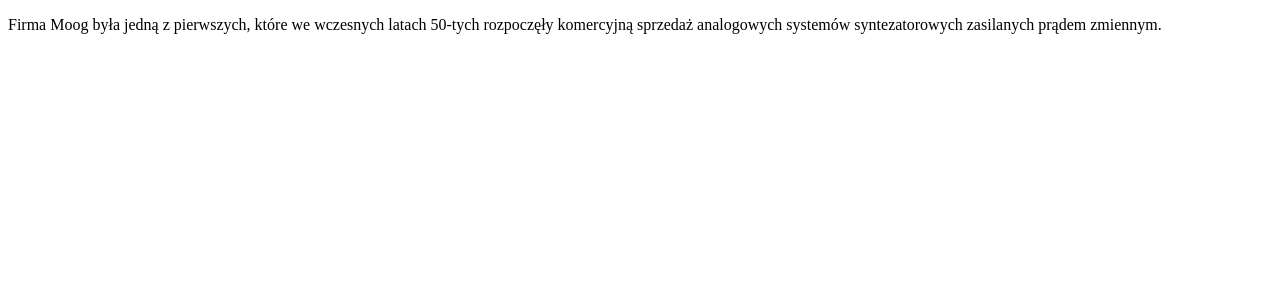
Repository: Lenerystia/HTML
Page: Rozdział 13/width-hight.html
The author's editor kept a copy of each file at every save. The page is drawn from the files as they stood at one save, then again after the next save.
The browser window is 1280 px wide. The pictures show the whole page.

Above is the page before, as saved 2022-02-14 10:20:24.

### Rozdział 13/width-hight.html
<!DOCTYPE html>
<head>
    <meta charset="UTF-8">
    <title>Właściwości width oraz height</title>
    <style type="text/css">

    </style>
</head>
<body>
    <div>
        <p>Firma Moog była jedną z pierwszych, które we wczesnych latach 50-tych rozpoczęły komercyjną sprzedaż analogowych systemów syntezatorowych zasilanych prądem zmiennym.</p>
    </div>
</body>
</html>

After the next save:
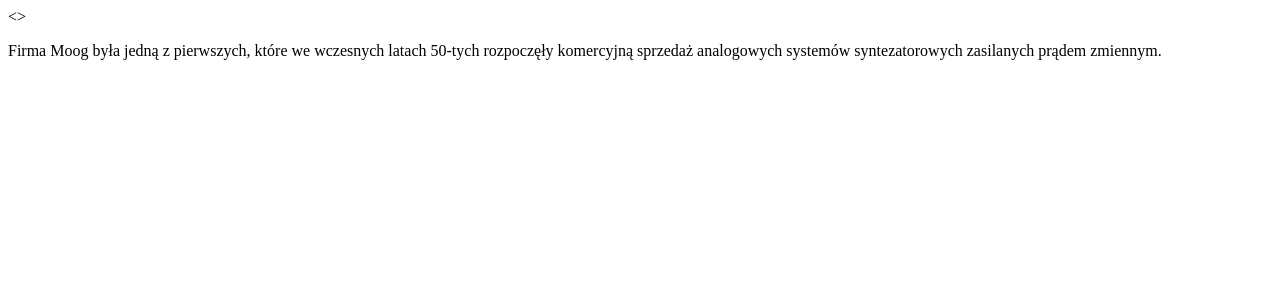
Saved 19 s later.
--- a/Rozdział 13/width-hight.html
+++ b/Rozdział 13/width-hight.html
@@ -7,7 +7,7 @@
     </style>
 </head>
 <body>
-    <div>
+    <>
         <p>Firma Moog była jedną z pierwszych, które we wczesnych latach 50-tych rozpoczęły komercyjną sprzedaż analogowych systemów syntezatorowych zasilanych prądem zmiennym.</p>
     </div>
 </body>

After the save that followed:
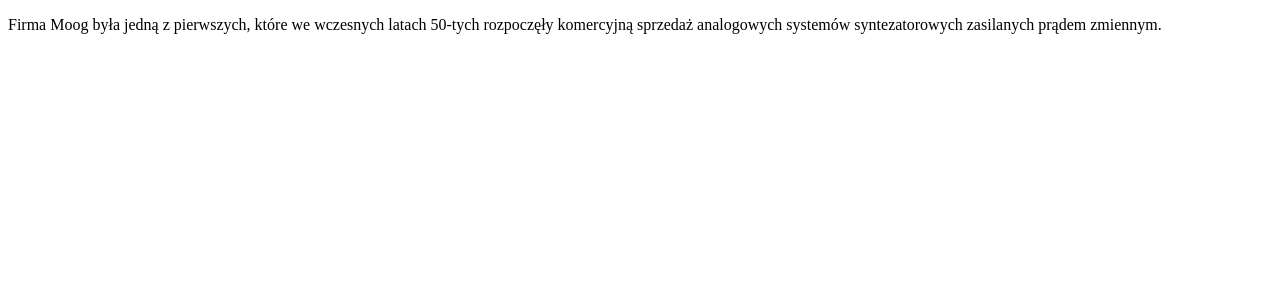
Saved 13 s later.
--- a/Rozdział 13/width-hight.html
+++ b/Rozdział 13/width-hight.html
@@ -7,7 +7,7 @@
     </style>
 </head>
 <body>
-    <>
+    <div>
         <p>Firma Moog była jedną z pierwszych, które we wczesnych latach 50-tych rozpoczęły komercyjną sprzedaż analogowych systemów syntezatorowych zasilanych prądem zmiennym.</p>
     </div>
 </body>
